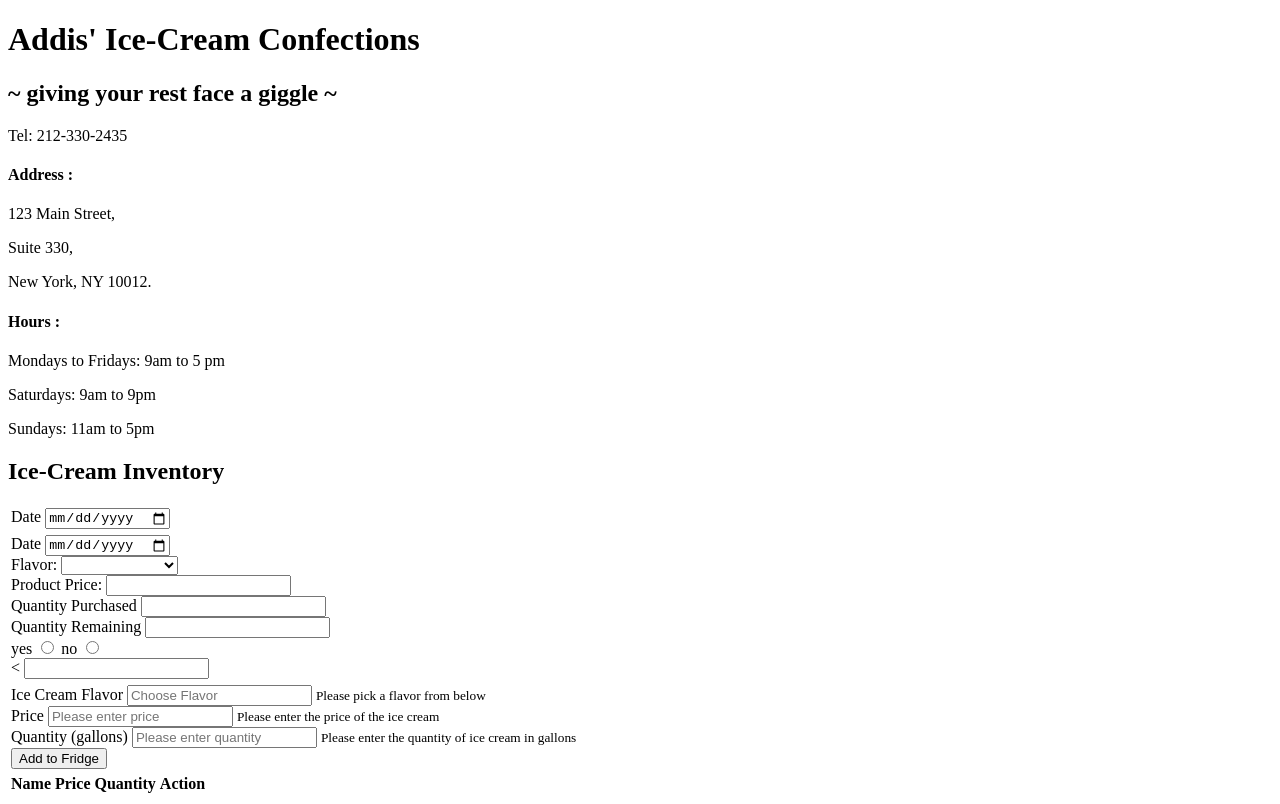
Repository: addisjackson/inventory-web-application
Page: index.html
The author's editor kept a copy of each file at every save. The page is drawn from the files as they stood at one save, then again after a run of saves.
The browser window is 1280 px wide. The pictures show the whole page.

Above is the page before, as saved 2023-07-05 18:05:29.

After the next 4 saves:
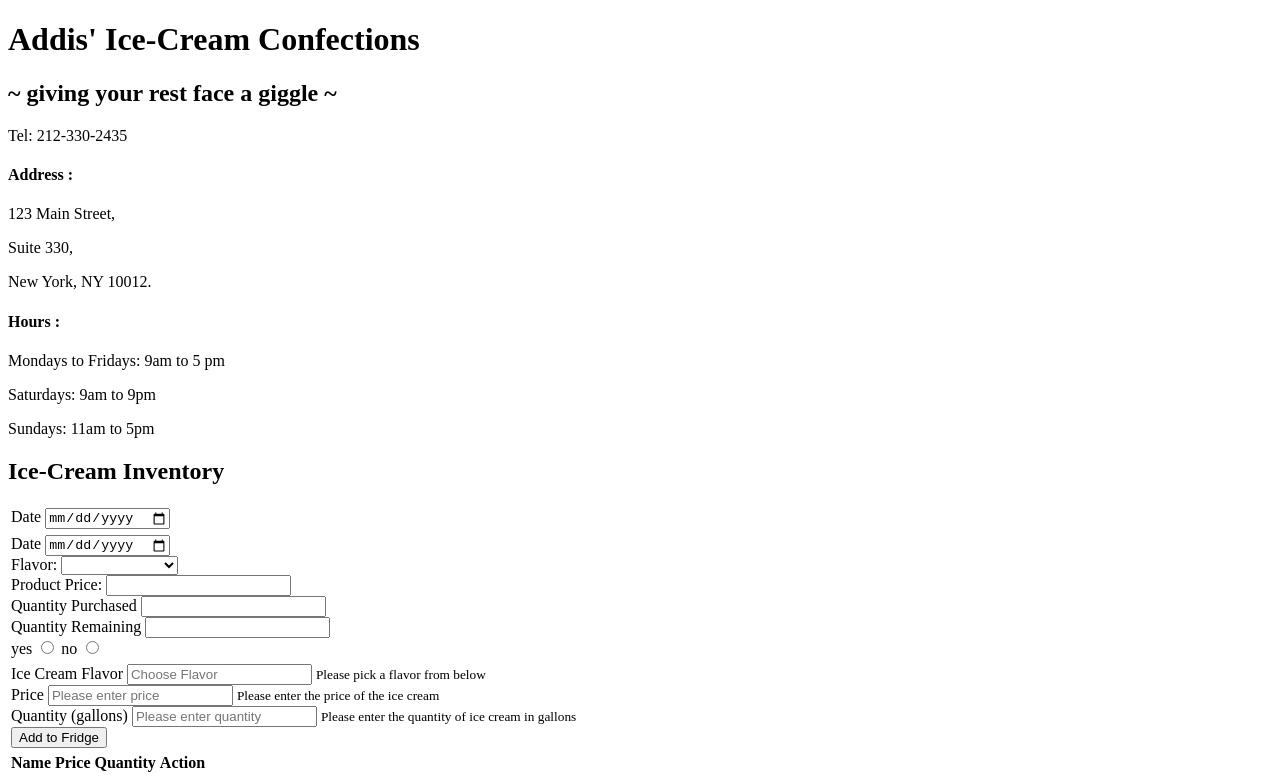
The 4 saves are shown as one change because they came seconds apart.
The last was saved 15 s later.
--- a/index.html
+++ b/index.html
@@ -113,7 +113,8 @@
                             <label for="noorder">no</label>
                             <input type="radio" id="noorder" name="order">
                         </div>
-                        <
+
+                        <div ckla
 
                             <input type="number" name="quantityPurchased" id="quantityPurchased">
                         </div>
